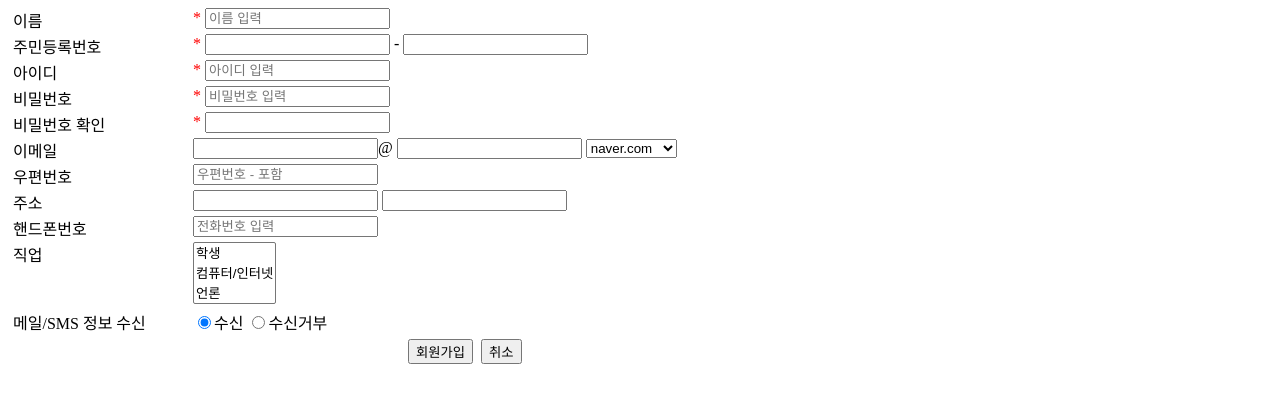
Repository: BartsimisraB/JavaPractice_
Page: http://localhost/JSPpractice2/Join.jsp
An editor plug-in stored every save of this project. The page is shown before and after the next save, followed by the edit.
The browser window is 1280 px wide. The pictures show the whole page.
The page is served by Tomcat 9. Other server files are loaded and not shown.

Above is the page before, as saved 2023-01-12 07:01:56.

### JSPpractice2/src/main/webapp/Join.jsp
<%@ page language="java" contentType="text/html; charset=UTF-8"
    pageEncoding="UTF-8"%>
<!DOCTYPE html>
<html>
<head>
<meta charset="UTF-8">
<title>Insert title here</title>
    <link rel="stylesheet" href="./Join.css">
    <script defer src="Join.js"></script>
</head>
<body>
    <form name="fr" action = "JoinServlet" method = "get">
      <div>
        <label class="topic" for="name">이름</label><span>*</span> <input type="text" name="name" placeholder="이름 입력"/>
      </div>
      <div>
        <label class="topic" for="pernum">주민등록번호</label><span>*</span> <input type="text" name="pernum" /> - <input type="password" name="pernum" />
      </div>
      <div>
        <label class="topic" for="id">아이디</label><span>*</span> <input type="text" name="id" placeholder="아이디 입력"/>
      </div>
      <div>
        <label class="topic" for="pw">비밀번호</label><span>*</span> <input type="password" name="pw" placeholder="비밀번호 입력"/>
      </div>
      <div>
        <label class="topic" for="pwcheck">비밀번호 확인</label><span>*</span> <input type="password" name="pwcheck"/>
      </div>
      <div>
        <label class="topic">이메일</label>
        <input type="text" name="email1" id="email1"/>@
        <input type="text" name="email2" id="email2"/>
        <select name = "selectEmail" id="selectEmail" onChange="checkemail();">
         	<option value="1">직접 입력</option>
         	<option value="naver.com" selected>naver.com</option>
	 		<option value="hanmail.net">hanmail.net</option>
	 		<option value="nate.com">nate.com</option>
	 		<option value="gmail.com">gmail.com</option>
        </select>
      </div>
      <div>
        <label class="topic" for="addrnum">우편번호</label><input type="text" name="addrnum"placeholder="우편번호 - 포함"/>
      </div>
      <div>
        <label class="topic" for="addr">주소</label><input type="text" name="addr" /> <input type="text" name="addr" />
      </div>
      <div>
        <label class="topic" for="phone">핸드폰번호</label><input type="text" name="phone" placeholder="전화번호 입력"/>
      </div>
      <div>
        <label class="topic" for="job">직업</label>
        <select id="job" name="job" size="3" >
            <option value="학생">학생</option>
            <option value="컴퓨터/인터넷">컴퓨터/인터넷</option>
            <option value="언론">언론</option>
        </select>
      </div>
      <div>
        <label class="topic" for="info">메일/SMS 정보 수신</label>
            <input type="radio" name="info" id="info" value="ok" checked/>수신
            <input type="radio" name="info" id="info" value="no" />수신거부
      </div>
        <input id="confirm" type="button" value="회원가입" onclick="checkform()">&nbsp;&nbsp;<input type="reset" value="취소">
    </form>
</body>
</html>

### JSPpractice2/src/main/webapp/Join.css
form > div{
    margin: 5px 5px;
}
form > div >span{
    color: red;
}
.topic{
    display: inline-block;
    width: 180px;
}
.topic, .topic > input{
    float: left;
}
input[type=button]{
	margin: 0px 0px 0px 400px;
}

Loaded but not shown: JSPpractice2/src/main/webapp/Join.js (no copy from this time; the picture is the same without it)

After the next save:
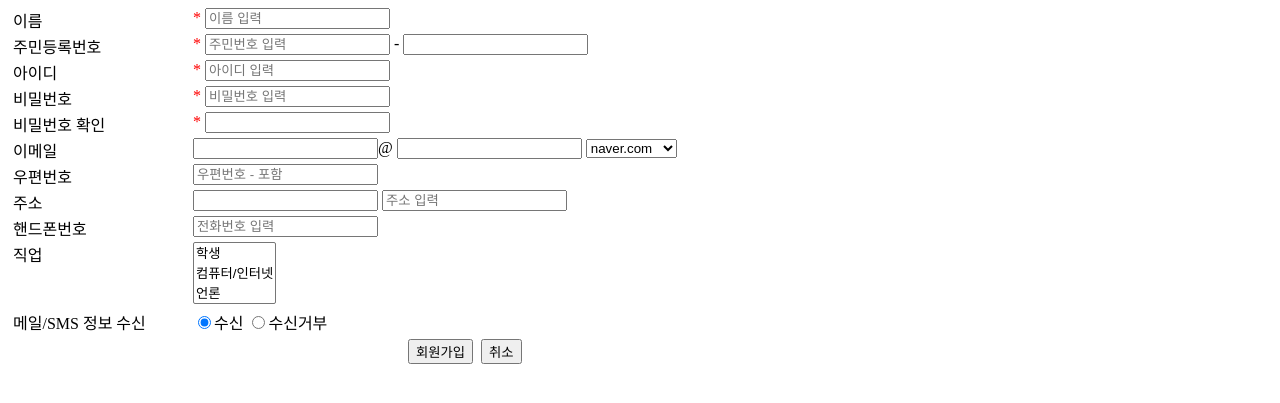
Saved 53 s later.
--- a/JSPpractice2/src/main/webapp/Join.jsp
+++ b/JSPpractice2/src/main/webapp/Join.jsp
@@ -14,7 +14,7 @@
         <label class="topic" for="name">이름</label><span>*</span> <input type="text" name="name" placeholder="이름 입력"/>
       </div>
       <div>
-        <label class="topic" for="pernum">주민등록번호</label><span>*</span> <input type="text" name="pernum" /> - <input type="password" name="pernum" />
+        <label class="topic" for="pernum">주민등록번호</label><span>*</span> <input type="text" name="pernum" placeholder="주민번호 입력"/> - <input type="password" name="pernum" />
       </div>
       <div>
         <label class="topic" for="id">아이디</label><span>*</span> <input type="text" name="id" placeholder="아이디 입력"/>
@@ -41,7 +41,7 @@
         <label class="topic" for="addrnum">우편번호</label><input type="text" name="addrnum"placeholder="우편번호 - 포함"/>
       </div>
       <div>
-        <label class="topic" for="addr">주소</label><input type="text" name="addr" /> <input type="text" name="addr" />
+        <label class="topic" for="addr">주소</label><input type="text" name="addr" /> <input type="text" name="addr" placeholder="주소 입력"/>
       </div>
       <div>
         <label class="topic" for="phone">핸드폰번호</label><input type="text" name="phone" placeholder="전화번호 입력"/>
